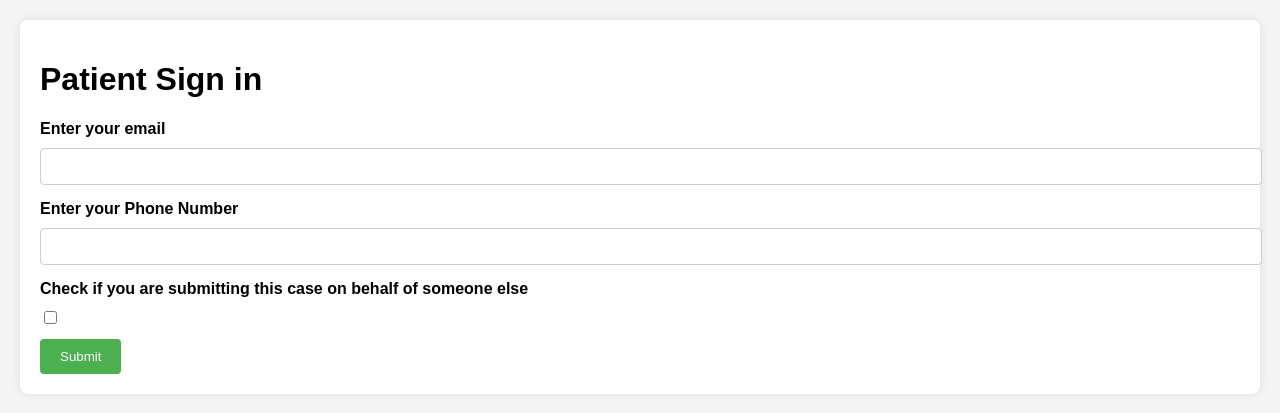
Repository: OmarAl-Saleh/Hospital-Emergency-System
Page: http://localhost/EmergencySystem/patient/sign-in.jsp
The author's editor kept a copy of each file at every save. The page is drawn from the files as they stood at one save, then again after the next save.
The browser window is 1280 px wide. The pictures show the whole page.
The page is served by Tomcat 9. Other server files are loaded and not shown.

Above is the page before, as saved 2024-05-22 10:43:12.

### EmergencySystem/EmergencySystem/src/main/webapp/patient/sign-in.jsp
<%@ page language="java" contentType="text/html; charset=ISO-8859-1"
    pageEncoding="ISO-8859-1"%>
<!DOCTYPE html>
<html>
<head>
<meta charset="ISO-8859-1">
<title>Patient sign in page</title>
<style>
    body {
        font-family: Arial, sans-serif;
        background-color: #f4f4f4;
        margin: 0;
        padding: 20px;
    }

    form {
        background-color: white;
        padding: 20px;
        border-radius: 8px;
        box-shadow: 0 0 10px rgba(0, 0, 0, 0.1);
    }

    label {
        display: block;
        margin-bottom: 10px;
        font-weight: bold;
    }

    input[type="text"], input[type="email"], input[type="tel"] {
        width: 100%;
        padding: 10px;
        margin-bottom: 15px;
        border: 1px solid #ccc;
        border-radius: 4px;
    }

    input[type="checkbox"] {
        margin-bottom: 15px;
    }

    input[type="submit"] {
        background-color: #4CAF50;
        color: white;
        border: none;
        padding: 10px 20px;
        cursor: pointer;
        border-radius: 4px;
    }

    input[type="submit"]:hover {
        background-color: #45a049;
    }

    .hidden-section {
        display: none;
    }
</style>
<script>
    function togglePatientInfo() {
        var checkbox = document.querySelector('input[name="sub_patient"]');
        var patientInfoDiv = document.getElementById('patient-info');
        patientInfoDiv.style.display = checkbox.checked ? 'block' : 'none';
    }

    window.onload = function() {
        var checkbox = document.querySelector('input[name="sub_patient"]');
        checkbox.addEventListener('change', togglePatientInfo);
        togglePatientInfo(); // Initial check to set the correct state on page load
    }
</script>
</head>
<body>
<form action="patient" method="get">
    <h1>Patient Sign in </h1>
    <input type="hidden" name="source" value="sign-in"/>
    <label>Enter your email</label>
    <input type="email" name="email" required/>
    <br>
    <label>Enter your Phone Number</label>
    <input type="tel" name="phoneNumber" required/>
    <br>
    <label>Check if you are submitting this case on behalf of someone else</label>
    <input type="checkbox" name="sub_patient" />
    <div id="patient-info" class="hidden-section">
        <br>
        <label>Enter Patient Name</label>
        <input type="text" name="sub_patient_name"/>
        <br>
        <label>Enter Patient Relation</label>
        <input type="text" name="sub_patient_relation"/>
    </div>
    <br>
    <input type="submit" value="Submit" />
</form>
</body>
</html>

After the next save:
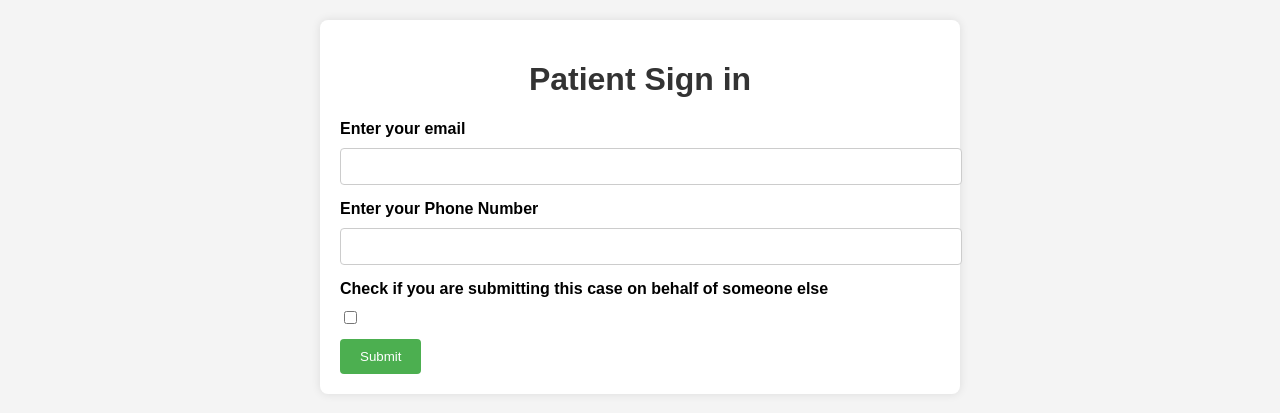
Saved 78 s later.
--- a/EmergencySystem/EmergencySystem/src/main/webapp/patient/sign-in.jsp
+++ b/EmergencySystem/EmergencySystem/src/main/webapp/patient/sign-in.jsp
@@ -6,25 +6,32 @@
 <meta charset="ISO-8859-1">
 <title>Patient sign in page</title>
 <style>
-    body {
-        font-family: Arial, sans-serif;
-        background-color: #f4f4f4;
-        margin: 0;
-        padding: 20px;
-    }
+   body {
+            font-family: Arial, sans-serif;
+            background-color: #f4f4f4;
+            margin: 0;
+            padding: 20px;
+        }
 
-    form {
-        background-color: white;
-        padding: 20px;
-        border-radius: 8px;
-        box-shadow: 0 0 10px rgba(0, 0, 0, 0.1);
-    }
+        form {
+            background-color: white;
+            padding: 20px;
+            border-radius: 8px;
+            box-shadow: 0 0 10px rgba(0, 0, 0, 0.1);
+            max-width: 600px;
+            margin: auto;
+        }
 
-    label {
-        display: block;
-        margin-bottom: 10px;
-        font-weight: bold;
-    }
+        h1 {
+            text-align: center;
+            color: #333;
+        }
+
+        label {
+            display: block;
+            margin-bottom: 10px;
+            font-weight: bold;
+        }
 
     input[type="text"], input[type="email"], input[type="tel"] {
         width: 100%;
